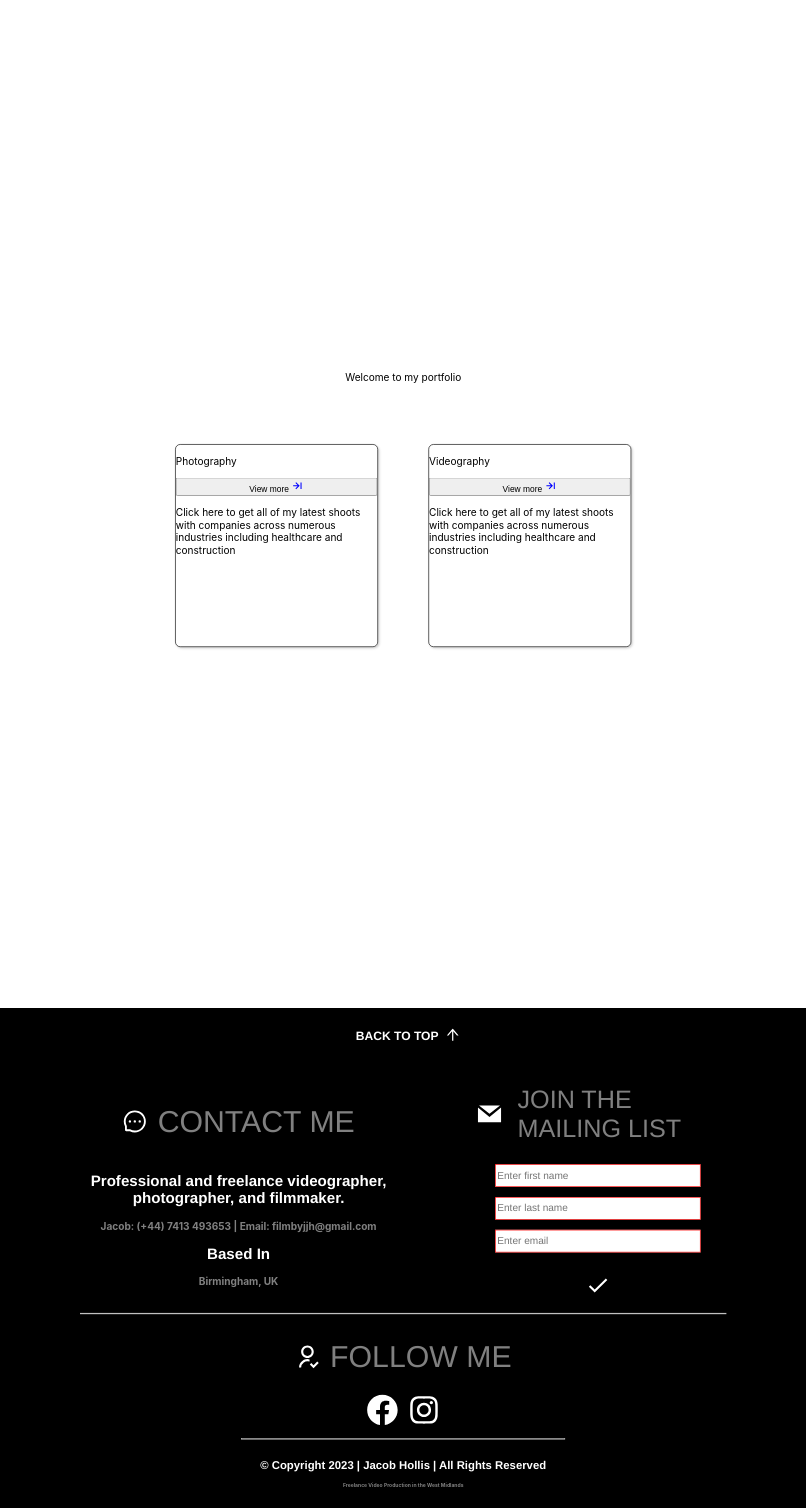
Repository: ThomasMTurner/filmbyjjh-portfolio
Page: /portfolio (app in client/)
The author's editor kept a copy of each file at every save. The page is drawn from the files as they stood at one save, then again after the next save.
The browser window is 1280 px wide. The pictures show the whole page, at 63% of full size.
The project was rebuilt for these pictures with package versions that can differ from the ones it lists, and the page was loaded fresh each time. Also part of the build but not shown: client/vite.config.js, client/src/pages/Components/TagComponents.jsx, client/src/pages/Components/Post.jsx, client/src/pages/Components/SearchBar.jsx, client/src/pages/Updates.jsx, client/src/pages/Contact.jsx, client/src/pages/Components/InitialLogin.jsx, client/src/pages/Home.jsx and 2 more. Imported but missing from the stored project, and not drawn on this page: client/src/pages/Components/Videos/header.mp4, client/src/pages/Components/Videos/portfolio-reel.mp4.

Above is the page before, as saved 2023-10-20 12:46:57.

After the next save:
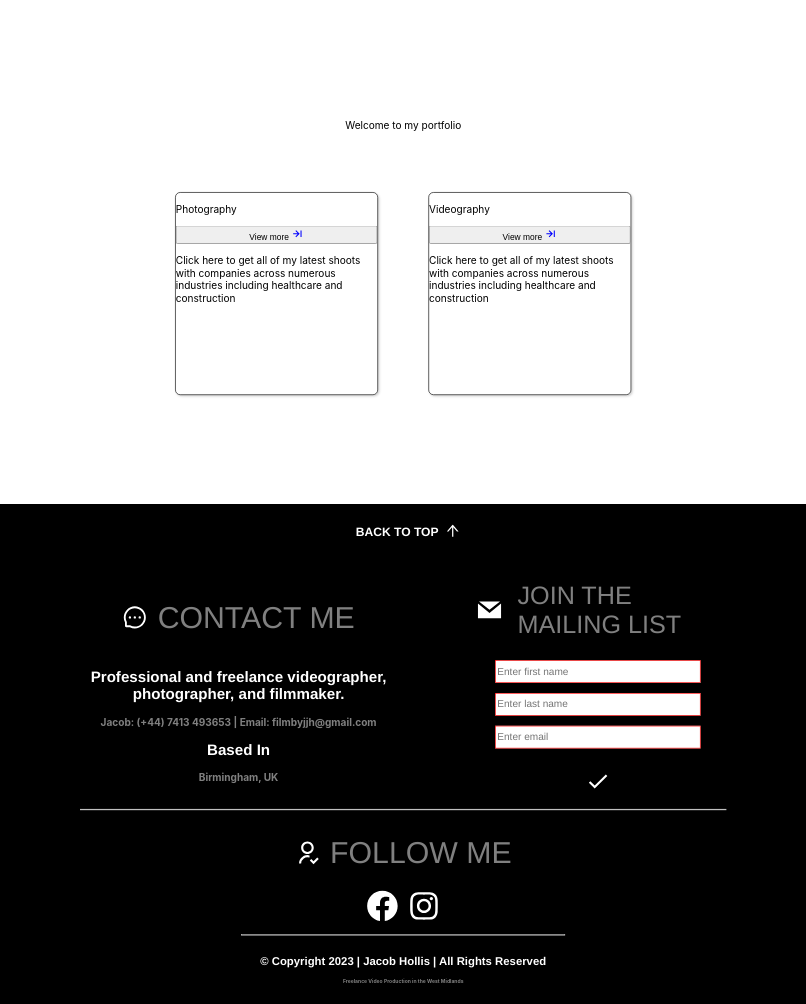
Saved 8 s later.
--- a/client/src/pages/Portfolio.jsx
+++ b/client/src/pages/Portfolio.jsx
@@ -13,7 +13,7 @@ const PortfolioCard = (props) => {
 }
 export default function Portfolio() {
     return(
-        <div style={{display:'flex', flexDirection:'column', justifyContent:'center', alignItems:'center', width:'100%', gap:'5rem', minHeight:'100rem'}}>
+        <div style={{display:'flex', flexDirection:'column', justifyContent:'center', alignItems:'center', width:'100%', gap:'5rem', minHeight:'50rem'}}>
             <p>Welcome to my portfolio</p>
             <div style={{display:'flex', flexDirection:'row', justifyContent:'center', alignItems:'center', width:'100%', gap:'5rem'}}>
                 <PortfolioCard title="Photography" desc="Click here to get all of my latest shoots with companies across numerous industries including healthcare and construction" />
